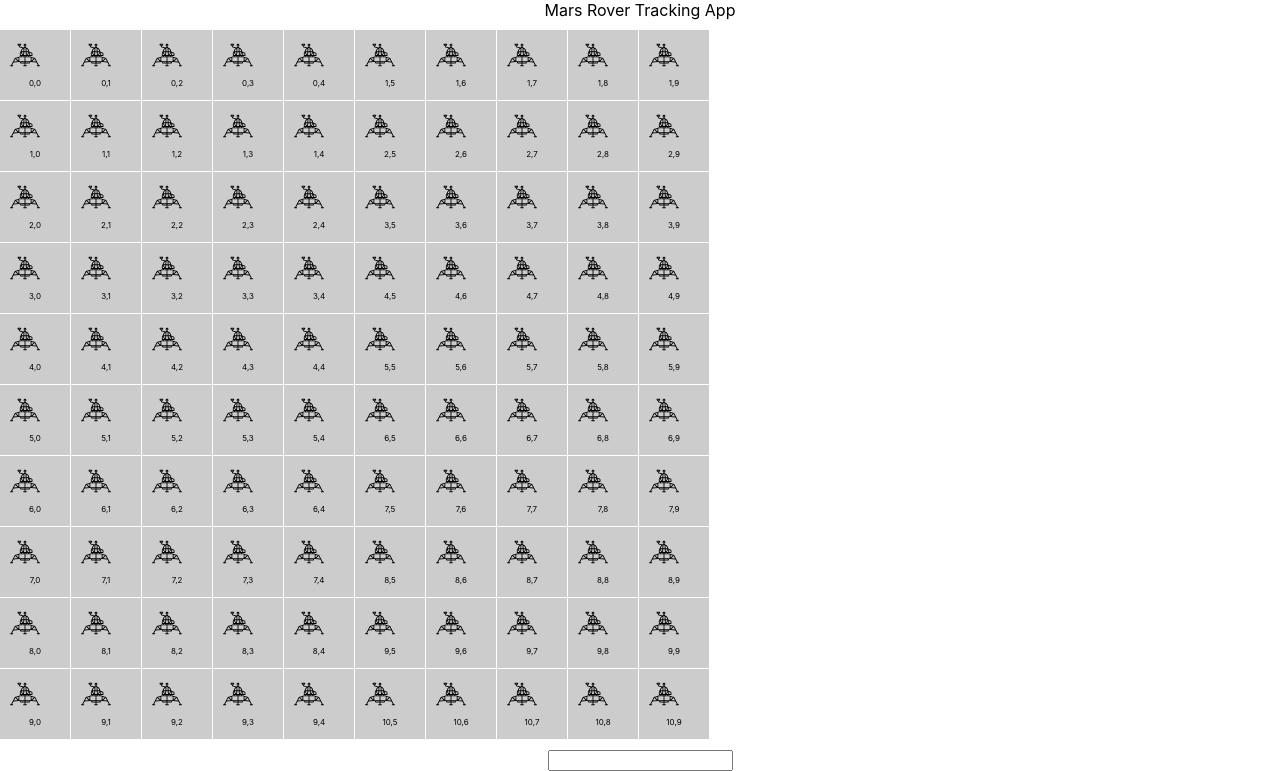
Repository: madhurisandbhor/Rover-Tracking-App
Page: /
An editor plug-in stored every save of this project. The page is shown before and after the next save, followed by the edit.
The browser window is 1280 px wide. The pictures show the whole page.
The project was rebuilt for these pictures with package versions that can differ from the ones it lists, and the page was loaded fresh each time.

Above is the page before, as saved 2021-09-06 18:34:34.

### src/App.js
import './App.css';
import Grid from './Grid'

function App() {
  return (
    <div className="App">
      <div>Mars Rover Tracking App</div>
      <Grid />
    </div>
  );
}

export default App;

### src/Grid.jsx
import React, { useState, useEffect } from 'react'
import { maxY, maxX } from './constants'
import testGrid from './testGrid'
import roverIcon from './svg/rover-icon.svg'

const wrapper = {
  width: '100%',
  margin: '10px auto',
  display: 'grid',
  gridTemplateColumns: `repeat(${maxY + 1}, 70px)`,
  gridTemplateRows: `repeat(${maxX + 1}, 70px)`,
  gridGap: '1px',
}

const itemStyle = {
  padding: '10px',
  backgroundColor: '#ccc',
}

const itemSpan = {
  fontSize: '8px',
}

const roverImg = {
  width: '30px',
  height: '30px',
  alignText: 'center',
}

const Grid = () => {
  const gridLength = (maxX + 1) * (maxY + 1)
  const arr = Array(gridLength).fill()
  const [input, setInput] = useState('')

  useEffect(() => {
    console.log(testGrid(input))
  }, [input])

  return (
    <div>
      <div style={wrapper}>
        {arr.map((item, index) => (
          <div key={index} style={itemStyle}>
            <div style={roverImg}>
              <img style={{ width: '100%' }} src={roverIcon} alt="rover" />
            </div>
            <span style={itemSpan}>
              {Math.round(index / 10)},{index % 10}
            </span>
          </div>
        ))}
      </div>
      <input
        name="inputString"
        value={input}
        onChange={(event) => setInput(event.target.value)}
      />
    </div>
  )
}

export default Grid

### src/constants.js
export const x = 0, y = 0, maxX = 9, maxY = 9;
export const d = 'N';
export const directionsToRight = ['N', 'E', 'S', 'W']
export const directionsToLeft = ['N', 'W', 'S', 'E']

### src/testGrid.js
import {
  x,
  y,
  d,
  directionsToRight,
  directionsToLeft,
  maxX,
  maxY,
} from './constants'

const testGrid = (testString) => {
  const roverPosition = [x, y, d]
  const testArr = testString.split('')

  for (let i = 0; i < testArr.length; i++) {
    if (testArr[i] === 'r') {
      let currDirIndex = directionsToRight.findIndex(
        (item) => item === roverPosition[2]
      )
      if (currDirIndex > -1 && currDirIndex < 3)
        roverPosition[2] = directionsToRight[currDirIndex + 1]
      else roverPosition[2] = directionsToRight[0]
    } else if (testArr[i] === 'l') {
      let currDirIndex = directionsToLeft.findIndex(
        (item) => item === roverPosition[2]
      )
      if (currDirIndex > -1 && currDirIndex < 3)
        roverPosition[2] = directionsToLeft[currDirIndex + 1]
      else roverPosition[2] = directionsToLeft[0]
    } else if (testArr[i] === 'f') {
      if (roverPosition[2] === 'E') {
        if (roverPosition[1] < maxY) roverPosition[1]++
        else roverPosition[1] = 0
      } else if (roverPosition[2] === 'S') {
        if (roverPosition[0] < maxX) roverPosition[0]++
        else roverPosition[0] = 0
      } else if (roverPosition[2] === 'N') {
        if (roverPosition[0] <= 0) roverPosition[0] = maxX
        else roverPosition[0]--
      } else if (roverPosition[2] === 'W') {
        if (roverPosition[1] <= 0) roverPosition[1] = maxY
        else roverPosition[1]--
      }
    }
  }

  return roverPosition
}

export default testGrid

Loaded but not shown: public/index.html (common file); src/index.js (common file); src/index.css (common file); src/App.css (common file)

After the next save:
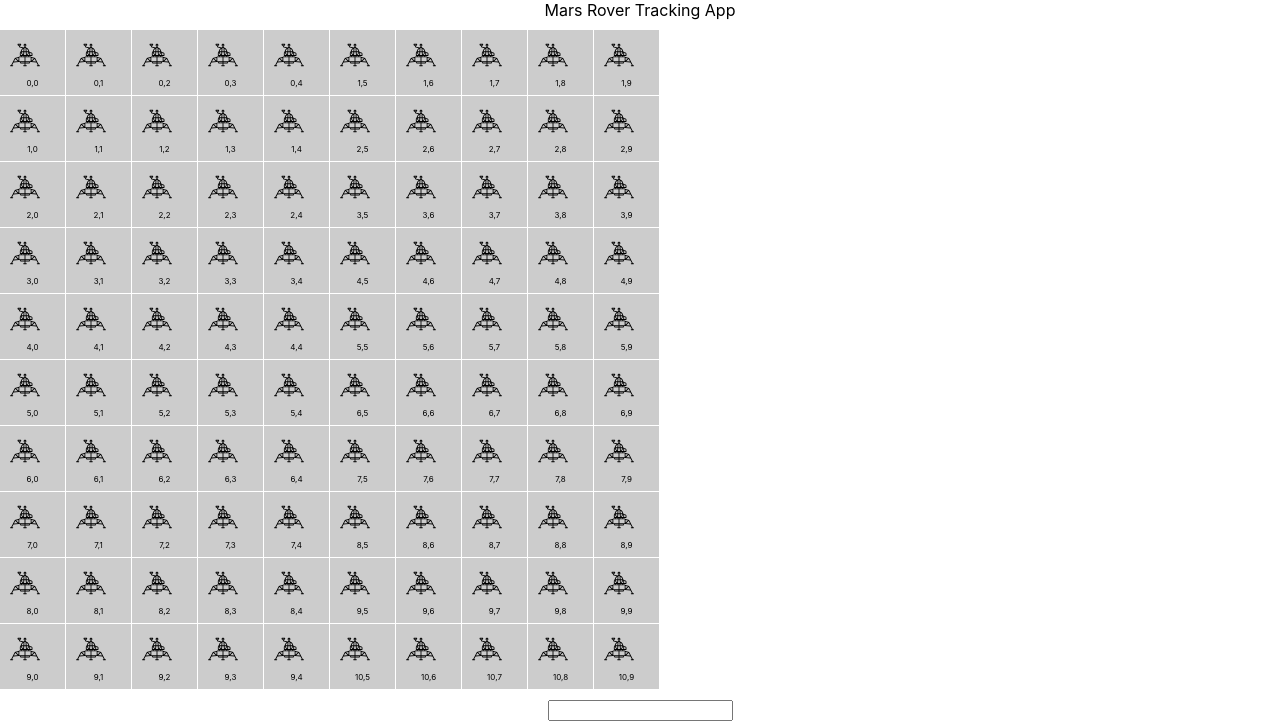
Saved 16 s later.
--- a/src/Grid.jsx
+++ b/src/Grid.jsx
@@ -7,8 +7,8 @@ const wrapper = {
   width: '100%',
   margin: '10px auto',
   display: 'grid',
-  gridTemplateColumns: `repeat(${maxY + 1}, 70px)`,
-  gridTemplateRows: `repeat(${maxX + 1}, 70px)`,
+  gridTemplateColumns: `repeat(${maxY + 1}, 65px)`,
+  gridTemplateRows: `repeat(${maxX + 1}, 65px)`,
   gridGap: '1px',
 }
 
